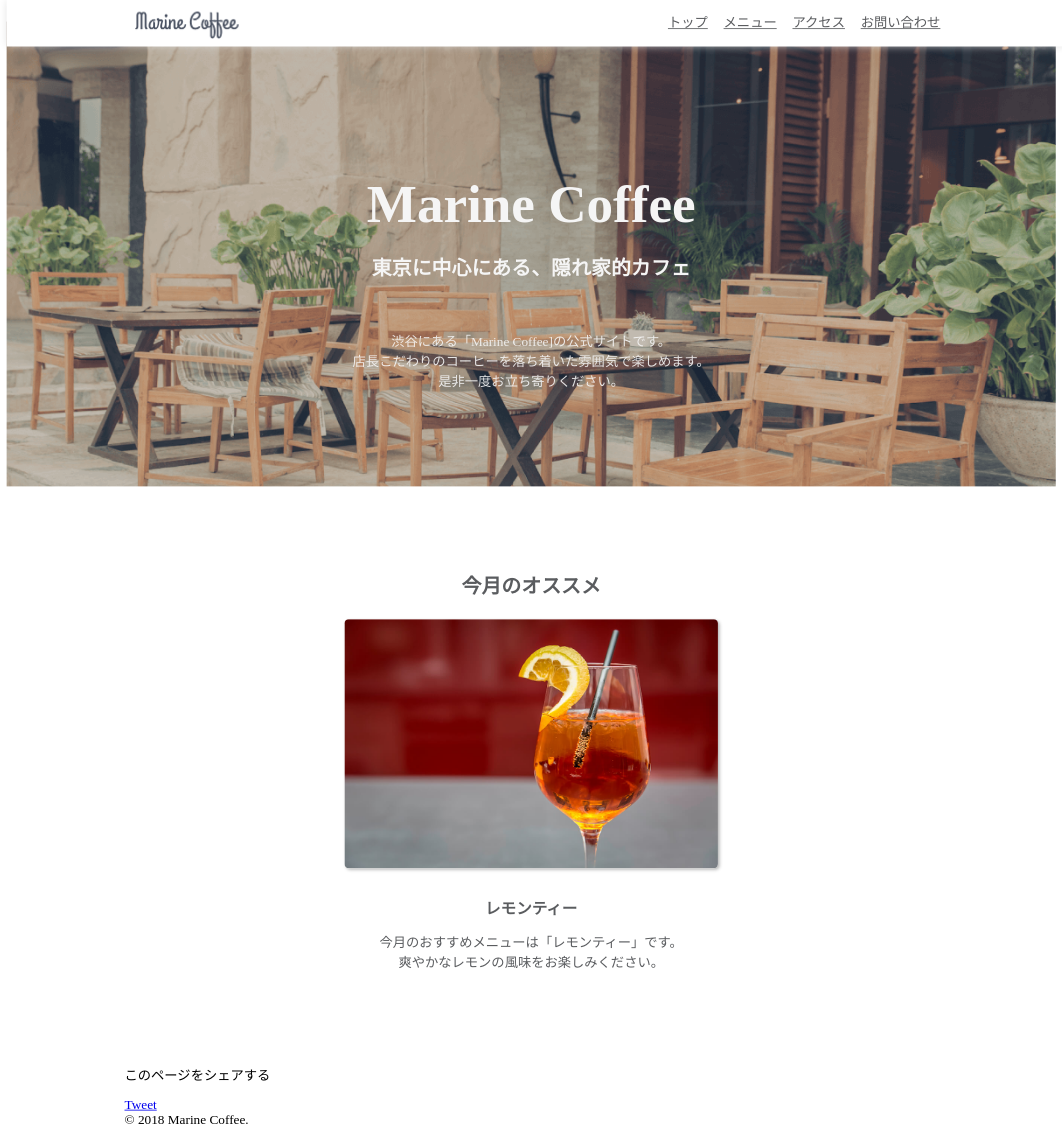
Repository: Kazuya888/samurai_HTML-CSS
Page: marine_coffee/index1.html
The author's editor kept a record of every edit. The page is drawn from the files as they stood at one moment, then again after the next edit.
The browser window is 1280 px wide. The pictures show the whole page, at 83% of full size.

Above is the page before.

After the next edit:
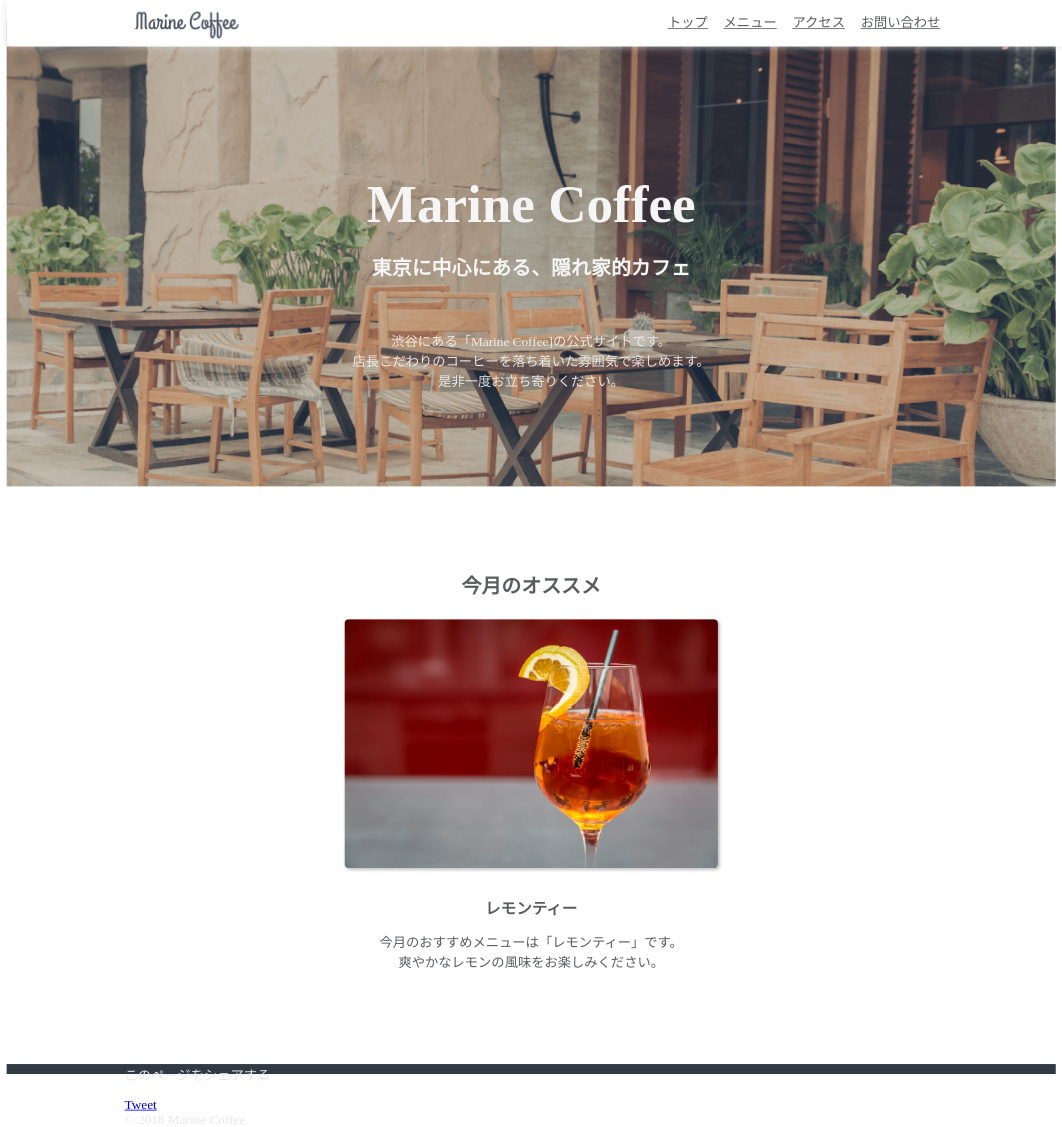
The edit:
--- a/marine_coffee/index1.css
+++ b/marine_coffee/index1.css
@@ -73,3 +73,8 @@
 .main h3{
     margin-bottom: 10px;
 }
+.footer{
+    height: 12px;
+    background-color: #2f3a44;
+    color: #e8e8e8;
+}
